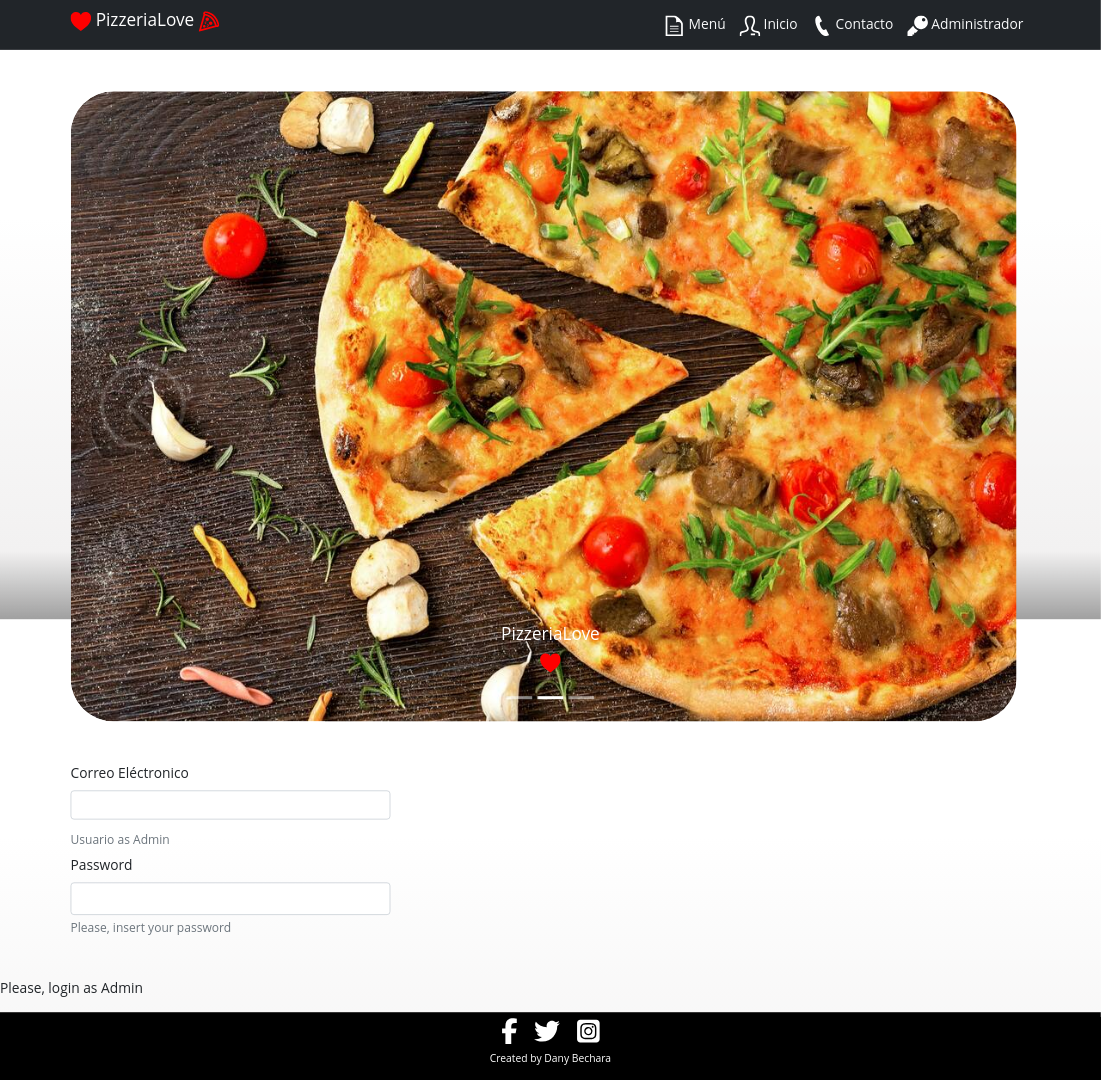
Repository: bechara611/PizzeriaLove
Page: /administrador
These files come from the project's save history. The page is drawn as it stood at one moment and after the next save; the edit follows.
The browser window is 1280 px wide. The pictures show the whole page, at 86% of full size.
The page's requests for data from a server got no answer. Backgrounds fixed to the window are drawn as part of the page. The project was rebuilt for these pictures with package versions that can differ from the ones it lists, and the page was loaded fresh each time. No one was signed in, and anything a server would have sent is missing. Also part of the build but not shown: src/App.css, src/App.js, src/Componentes/Menu.css, src/Firebase/Borrar.js, src/Componentes/Menu.js, src/Componentes/FormularioAgregarMenu.css, src/Elementos/Alerta.js.

Above is the page before, as saved 2022-02-23 09:19:09.

### src/index.js
import React,{useState} from 'react';
import ReactDOM from 'react-dom';
import './index.css';
import 'bootstrap/dist/css/bootstrap.css'
import 'bootstrap/dist/js/bootstrap.bundle.min';
import Header from './Componentes/Header';
import {BrowserRouter,Route, Routes,NavLink} from 'react-router-dom'
import {App,App2} from './App';
import WebFont from 'webfontloader'
import './index.css'
import Carousel from './Componentes/Carousel';
import Menu from './Componentes/Menu';
import Footer from './Componentes/Footer';
import { FormularioAgregarMenu } from './Componentes/FormularioAgregarMenu';

WebFont.load({
  google: {
    families: ['Open Sans:400,500,700', 'Sans-serif']
  }
});

const Index = () => {
  const [administrador,cambiaradministrador]=useState(false);
  return (
  <BrowserRouter>
     <Header administrador={administrador} cambiaradministrador={cambiaradministrador}></Header>
   <Carousel></Carousel>

    <Routes>
    <Route path='/' element={<Menu borrar={false} />} ></Route>
    <Route path='/administrador' element={<FormularioAgregarMenu />} ></Route>
    <Route path='/inicio' element={<Menu borrar={false} />} ></Route>
    </Routes>
    <Footer></Footer>
    </BrowserRouter>
    );
}


ReactDOM.render(

  <Index />,
  document.getElementById('root')
);

### src/index.css
* {
  margin: 0;
  font-family:'Open Sans';
  /* Permalink - use to edit and share this gradient: https://colorzilla.com/gradient-editor/#ffffff+0,ffffff+100&1+0,0+100;White+to+Transparent */



}


body
{
  background: rgb(255,255,255);
  background: linear-gradient(180deg, rgba(255,255,255,1) 0%, rgba(255,255,255,1) 35%, rgba(242,241,241,1) 89%, rgba(10,10,10,0.38699229691876746) 100%);

  background-attachment:fixed;
}

### src/Componentes/Header.js
import {NavLink} from 'react-router-dom'
import styled from 'styled-components';
import { BotonTipoNavLink,BotonTipoNavLinkA } from '../Elementos/BotonTipoNavLink';
import {Pizza2,Administrador2,Inicio2,Menu2,Contacto2,Heart2}from '../Elementos/ImagenesSVG';
import {App,App2} from './../App';
import './Header.css'


const Header = ({cambiaradministrador},{administrador}) => {
    let url1,urladmin;
    url1="/inicio";
    urladmin='/administrador'
      return (
        <>

        <nav className="navbar navbar-expand-sm navbar-dark bg-dark  header_nav">
        <div className="container contenedor1 ">
        <div className='hijo1_header'>
         <BotonTipoNavLink to={url1} className="navbar-brand"> <Heart2 / > PizzeriaLove <Pizza2></Pizza2></BotonTipoNavLink>



        </div>
      <div className='hijo2_header'>
        <button
        className="navbar-toggler mt-2"
        type="button"
        data-bs-toggle="collapse"
        data-bs-target="#menu"
        aria-controls="menu"
        aria-expanded="false"
        aria-label="Mostrar / Ocultar Menu"
      >
        <span className="navbar-toggler-icon"></span>
      </button>

      <div className="collapse navbar-collapse" id="menu">
      <ul className="navbar-nav me-auto mb-2 mb-lg-0 header_menu">
      <li className="nav-item opcion"><a href="#menuu" className="nav-link text-light  opcion"><Menu2></Menu2> Menú</a></li>
        <li className="nav-item"><BotonTipoNavLinkA to={url1} className="nav-link text-light"><Inicio2/> Inicio</BotonTipoNavLinkA></li>
        <li className="nav-item"><BotonTipoNavLink to={url1} className="nav-link text-light"> <Contacto2 /> Contacto</BotonTipoNavLink></li>
        <li className="nav-item"><BotonTipoNavLink to={urladmin} className="nav-link text-light"> <Administrador2 /> Administrador</BotonTipoNavLink></li>
      </ul>

    </div>
    </div>
        </div>

      </nav>

      </>
       );
    }

    export default Header;

### src/Componentes/Carousel.js
import { Heart2 } from '../Elementos/ImagenesSVG'
import imagen1 from './../Imagenes/carousel1.jpg'
import imagen2 from './../Imagenes/carousel2.jpg'
import imagen3 from './../Imagenes/carousel3.jpg'
import './Carousel.css'
const Carousel = () => {
    return (

        <>
<section className="main">
  <div className="container">
    <div className="row mt-5">
      <div className="col">
        <div className="carousel slide carousel-fade" id="mi-carousel" data-bs-ride="carousel">
          <div className="carousel-inner">
            <div className="carousel-item active">
            <div className="carousel-caption">
            <h5>PizzeriaLove</h5>
            <p><Heart2></Heart2></p>
          </div>
              <img className="img-fluid" src={imagen1} alt='' />
            </div>

            <div className="carousel-item" data-bs-interval="5000">
              <div className="carousel-caption">
                <h5>PizzeriaLove</h5>
                <p><Heart2></Heart2></p>
              </div>
              <img className="img-fluid" src={imagen2}  alt=''/>
            </div>
            <div className="carousel-item">
            <div className="carousel-caption">
            <h5>PizzeriaLove</h5>
            <p><Heart2></Heart2></p>
          </div>
            <img className="img-fluid" src={imagen3} alt='' />
            </div>
          </div>



          <button
            className="carousel-control-prev botonprev"
            type="button"
            data-bs-target="#mi-carousel"
            data-bs-slide="prev"
          >
            <span className="carousel-control-prev-icon  icono" aria-hidden="true"></span>
            <span className="visually-hidden">Prev</span>
          </button>
          <button
            className="carousel-control-next"
            type="button"
            data-bs-target="#mi-carousel"
            data-bs-slide="next"
          >
            <span className="carousel-control-next-icon icono" aria-hidden="true"></span>
            <span className="visually-hidden">Next</span>
          </button>




          <div className="carousel-indicators">
            <button
              type="button"
              className="active"
              data-bs-target="#mi-carousel"
              data-bs-slide-to="0"
              aria-label="Slide 1"
            ></button>
            <button
              type="button"
              className=""
              data-bs-target="#mi-carousel"
              data-bs-slide-to="1"
              aria-label="Slide 2"
            ></button>
            <button
              type="button"
              className=""
              data-bs-target="#mi-carousel"
              data-bs-slide-to="2"
              aria-label="Slide 3"
            ></button>
          </div>
        </div>
      </div>
    </div>
  </div>

</section>


        </>
     );
}

export default Carousel;

### src/Componentes/Footer.js
import styled from "styled-components";
import './Footer.css'
import { FontAwesomeIcon } from '@fortawesome/react-fontawesome'
import { faCoffee } from '@fortawesome/free-solid-svg-icons'
import {  faFacebookF,faInstagramSquare,faTwitter } from '@fortawesome/free-brands-svg-icons';
import useObtenerMenu from "../Hooks/useObtenerMenu";


const Footer = () => {
    let face='https://www.facebook.com';
    let insta='https://www.instagram.com';
    let twitter='https://www.twitter.com';
    let nuevaPestana="_blank"

    return (
        <>
        <div className="container-fluid " >
        <div className="row fila">
        <footer className="col-12 footer">
        <a href={face} target={nuevaPestana} className='face'><FontAwesomeIcon icon={faFacebookF}/></a>
        <a href={twitter} target={nuevaPestana} className='twitter'><FontAwesomeIcon icon={faTwitter}/></a>
        <a href={insta} target={nuevaPestana} className='instagram'><FontAwesomeIcon icon={faInstagramSquare}/></a>

        </footer>
        <p className="col-12">Created by Dany Bechara</p>
        </div>
        </div>
        </>
     );
}

export default Footer;

### src/Componentes/FormularioAgregarMenu.js
import './FormularioAgregarMenu.css'
import React,{useEffect,useState} from 'react'
import styled from 'styled-components'
import { db,app } from '../Firebase/FirebaseConfig';
import { addDoc,collection } from 'firebase/firestore';
import Alerta from '../Elementos/Alerta';
import Menu from './Menu';





const FormularioAgregarMenu = () => {
    const [platos2,cambiarplatos2]=useState([{}])
    const [precio,cambiarPrecio]=useState('');
    const [categoria,cambiarCategoria]=useState('');
    const [plato,cambiarPlato]=useState('');
    const [AlertaGenerada,CambiarAlertaGenerada]=useState(false);
    const [acceder,CambiarAcceder]=useState(false);

    const Registrar =async () => {
        try {
            await addDoc(collection(db,'menu'),
        {
            categorias:categoria,
            plato:plato,
            precio:precio
        })
        cambiarPlato('');
        cambiarCategoria('');
        cambiarPrecio('')
        CambiarAlertaGenerada(true);
        } catch (error) {
            console.log(error)
        }

    }



    return (
        <>
        <div className="container ">
        <form action="" className='py-5 '>
        <div className="row">
        <div className="col-12">
        <div className="col-4">
        <label htmlFor="correo" class="form-label">Correo Eléctronico</label>
        <input type="text" name="usuario" id="usuario" className='form-control py-1' aria-describedby='usuario' />
        <div id="usuario" class="form-text py-2">
         Usuario as Admin
        </div>
        </div>

        <div className="col-4">
        <label htmlFor="password" class="form-label">Password</label>
        <input type="password" name="password" id="password" className='form-control' aria-describedby='password' />
        <div id="password" class="form-text">
         Please, insert your password
        </div>
        </div>
        </div>





        </div>
        </form>
        </div>





       {acceder===true ?
         <>
         <div className="container my-5 contenedor_formulario">
     <h2 className='my-3 text-center'>Create a new pizza</h2>
     {AlertaGenerada && <Alerta CambiarAlertaGenerada={CambiarAlertaGenerada} valorr={3}></Alerta>}
        <form action="" className='' onSubmit={(e)=>{
            e.preventDefault();
            Registrar();
        }}>
        <div className="row">
        <div className="col-12">
        <label htmlFor='plato' className="form-label">New plate</label>
            <input value={plato} required type="text" className='form-control' name="plato" id="plato" aria-describedby='ayuda-plato'
            onChange={(e)=>{
                cambiarPlato(e.target.value)
            }}/>
            <div id="ayuda-plato" className="form-text">
            Please, insert the new plate.
            </div>
            </div>
            <div className="col-6">
            <label htmlFor='categorias' className="form-label">Category</label>
            <input required value={categoria} type="text" className='form-control' name="categorias" id="categorias" aria-describedby='ayuda-categorias'
            onChange={(e)=>{
                cambiarCategoria(e.target.value)
            }} />
            <div id="ayuda-plato" className="form-text">
            Please, insert the categoria.
            </div>
            </div>
            <div className="col-6">
            <label htmlFor='precio' className="form-label">Price</label>
            <input required value={precio} type="text" className='form-control' name="precio" id="precio" aria-describedby='ayuda-number'
             onChange={(e)=>{
                cambiarPrecio(e.target.value.replace(/[^0-9.]/g,''));
            }}/>
            <div id="ayuda-number" className="form-text">
            Please, insert the price.
            </div>

            </div>




        </div>
        <div className="row">
        <div className="col-12 my-4">  <button type='submit' className=' btn btn-primary col-12'>INSERT</button></div>
        </div>
            </form>
        </div>

        <Menu borrar={true}></Menu>
         </>
         :
          <><p>Please, login as Admin</p></>}

        </>
         );

}

export {FormularioAgregarMenu}

### src/Elementos/BotonTipoNavLink.js
import styled from "styled-components"
import { NavLink } from "react-router-dom"
    const BotonTipoNavLink = styled(NavLink)`
    &:hover
    {
      text-decoration: underline;
      color: black;
    }
    `

    const BotonTipoNavLinkA=styled(BotonTipoNavLink)`
    text-decoration: none;
      color: black;
      cursor:pointer;
    `
    export {BotonTipoNavLink,BotonTipoNavLinkA}

### src/Elementos/ImagenesSVG.js
import styledComponents from 'styled-components';
import {ReactComponent as Pizza} from './../Imagenes/Pizza.svg'
import {ReactComponent as Inicio} from './../Imagenes/Inicio.svg'
import {ReactComponent as Menu} from './../Imagenes/Menu.svg'
import {ReactComponent as Administrador} from './../Imagenes/Administrador.svg'
import {ReactComponent as Contacto} from './../Imagenes/Contacto.svg'
import {ReactComponent as Heart} from './../Imagenes/Heart.svg'
import {ReactComponent as Trash} from './../Imagenes/Trash.svg'
const Pizza2 = styledComponents(Pizza)`
font-size:10px;
z-index: 1;
color:white;
fill:red;

`;
const Inicio2 = styledComponents(Inicio)`
font-size:10px;
z-index: 1;
color:white;
fill:white;

`;
const Menu2 = styledComponents(Menu)`
font-size:10px;
z-index: 1;
color:white;
fill:white;

`;
const Administrador2 = styledComponents(Administrador)`
font-size:10px;
z-index: 1;
color:white;
fill:white;

`;

const Contacto2 = styledComponents(Contacto)`
font-size:10px;
z-index: 1;
color:white;
fill:white;

`;

const Heart2 = styledComponents(Heart)`
font-size:10px;
z-index: 1;
color:white;
fill:red;

`;

const Trash2=styledComponents(Trash)`
fill:blue;
cursor:pointer;
`

export {Pizza2,Administrador2,Inicio2,Menu2, Contacto2,Heart2,Trash2}

### src/Componentes/Header.css

*{
   box-sizing: border-box;
   margin: 0;
   padding: 0;


}
.header_nav2
{
    /* margin-top: -8px; */
    background: -moz-linear-gradient(top,  rgba(211,126,128,1) 0%, rgba(146,171,207,0) 76%, rgba(134,179,222,0) 90%, rgba(125,185,232,0) 100%); /* FF3.6-15 */
background: -webkit-linear-gradient(top,  rgba(211,126,128,1) 0%,rgba(146,171,207,0) 76%,rgba(134,179,222,0) 90%,rgba(125,185,232,0) 100%); /* Chrome10-25,Safari5.1-6 */
background: linear-gradient(to bottom,  rgba(211,126,128,1) 0%,rgba(146,171,207,0) 76%,rgba(134,179,222,0) 90%,rgba(125,185,232,0) 100%); /* W3C, IE10+, FF16+, Chrome26+, Opera12+, Safari7+ */
filter: progid:DXImageTransform.Microsoft.gradient( startColorstr='#d37e80', endColorstr='#007db9e8',GradientType=0 ); /* IE6-9 */


}
body
{
    /* background: url(./../Imagenes/textura.png);
	background-repeat: repeat;
	background-attachment: fixed; */
}

.nav
{


}

.contenedor12
{

    /* min-height: 300px;  */
}

.hijo1_header
{
    align-self: start;
    /* margin-top: 2%; */

}
.hijo2_header
{
    /* margin-top: 2%; */
    align-self: start;
}
.header_menu
{

}

.opcion
{
text-decoration: dotted;
display: inline-block;
opacity: 1;

}



.opcion:hover
{
    text-decoration: underline;
}

.opcion:link
{
color: green;
}

### src/Componentes/Carousel.css
.carousel-inner{border-radius: 50px;}
.carousel-item{border-radius: 50px;}
.img-fluid{border-radius: 50px;}
.icono {
    height: 100px;
    width: 100px;

      /*shape border*/
      border: 5px solid white;
      border-radius: 50%; /*zero for square */
      opacity: 0.3;
      /*symbol */
      color: BLACK;



}
.icono:hover{opacity: 1;}

### src/Firebase/FirebaseConfig.js
import { initializeApp } from "firebase/app";
import { getAnalytics } from "firebase/analytics";
import { getFirestore } from "firebase/firestore";
import { getAuth, createUserWithEmailAndPassword } from "firebase/auth";

const firebaseConfig2 = {
    apiKey: "AIzaSyDhYuWK_8Uy4S-BtkFmFfityIjQnt4M3Is",
    authDomain: "pizzerialove-00.firebaseapp.com",
    projectId: "pizzerialove-00",
    storageBucket: "pizzerialove-00.appspot.com",
    messagingSenderId: "356504995914",
    appId: "1:356504995914:web:c5fee404edbf5f32affeb3",
    measurementId: "G-CK1N9HMEKD"
  };


    const firebaseConfig = {
      apiKey:process.env.REACT_APP_FIREBASE_API_KEY,
      authDomain:process.env.REACT_APP_FIREBASE_AUTH_DOMAIN,
      projectId:process.env.REACT_APP_FIREBASE_PROJECT_ID,
      storageBucket:process.env.REACT_APP_FIREBASE_STORAGE_BUCKET,
      messagingSenderId:process.env.REACT_APP_FIREBASE_MESSAGING_SENDER_ID,
      appId:process.env.REACT_APP_FIREBASE_APP_ID,
      measurementId:process.env.REACT_APP_FIREBASE_MEASUREMENT_ID
    };



// Initialize Firebase
const app = initializeApp(firebaseConfig);
const analytics = getAnalytics(app);
const db= getFirestore();
const auth=getAuth();

export {app,analytics,db,auth};

### src/Hooks/useObtenerMenu.js
import React,{useEffect,useState} from 'react'
import { db } from '../Firebase/FirebaseConfig';
import { collection,onSnapshot } from 'firebase/firestore';

const useObtenerMenu = () => {
    const [platos,cambiarplatos]=useState([{}])
    useEffect(()=>{

            const FuncionObtenerMenu=onSnapshot(collection(db,'menu'), (snapShot)=>{

               let vectormenu=snapShot.docs.map((documento)=>{
                  // console.log(documento.id)
                    return {...documento.data(),id:documento.id}
                })
              //  console.log(vectormenu);
                cambiarplatos(vectormenu)
            })





          },[])
          return [platos,cambiarplatos]
}

export default useObtenerMenu;

### src/Componentes/Footer.css
.footer
{
    display: flex;
    flex-direction: row;
    justify-content: center;

}
.fila
{
    display: flex;
    justify-content: center;
    text-align: center;
    background: black;
    font-size: 12px;
}
.fila p
{

color: white;
}
.footer a{
    text-decoration: none;
font-size: 30px;
display: inline-block;
color: white;
margin: 0 10px;
}
.face:hover{color: blue;}
.twitter:hover{color: lightblue;}
.instagram:hover{color:#fcaf45}

Loaded but not shown: public/index.html (common file)

After the next save:
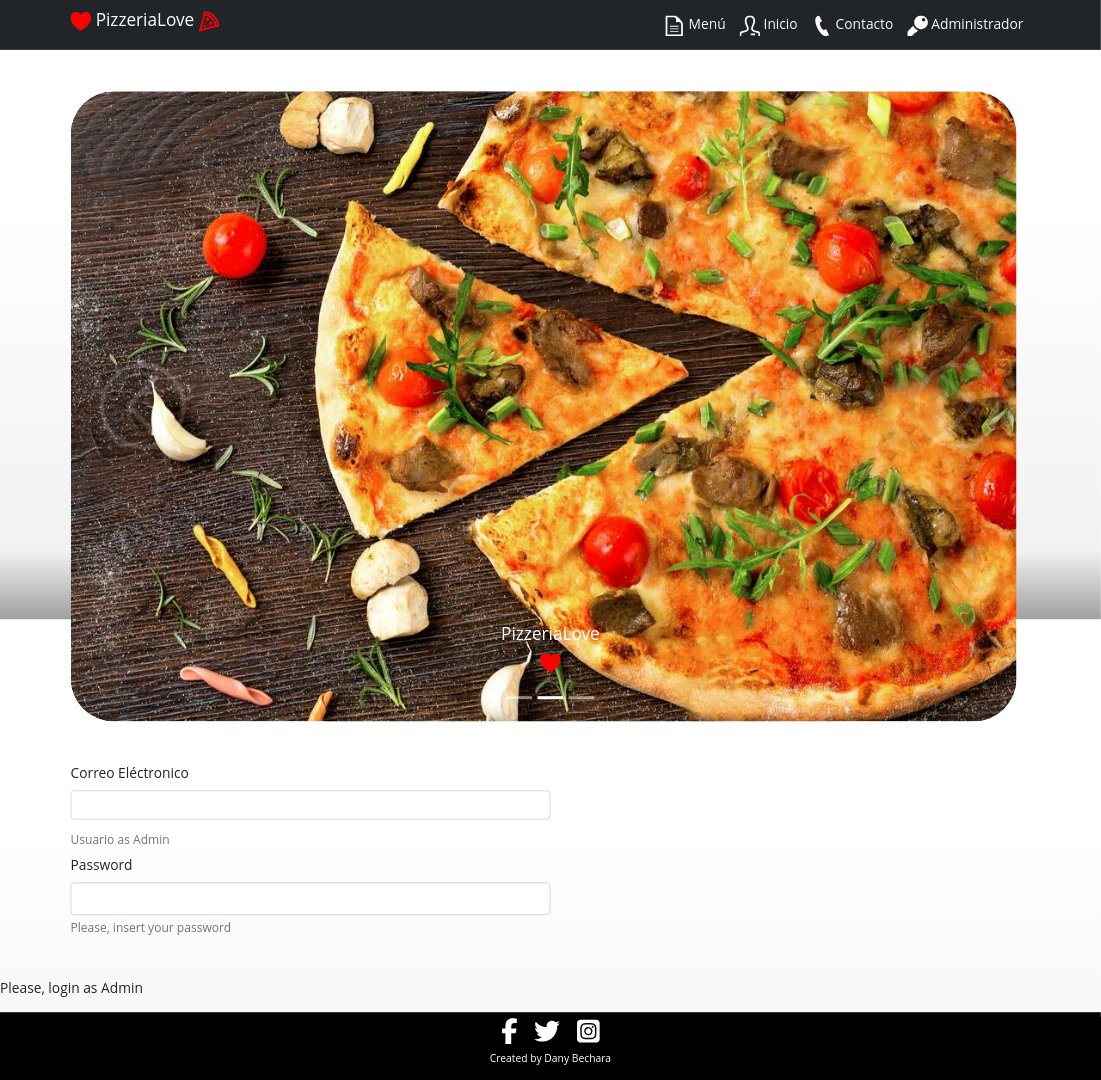
Saved 14 s later.
--- a/src/Componentes/FormularioAgregarMenu.js
+++ b/src/Componentes/FormularioAgregarMenu.js
@@ -44,7 +44,7 @@ const FormularioAgregarMenu = () => {
         <form action="" className='py-5 '>
         <div className="row">
         <div className="col-12">
-        <div className="col-4">
+        <div className="col-6">
         <label htmlFor="correo" class="form-label">Correo Eléctronico</label>
         <input type="text" name="usuario" id="usuario" className='form-control py-1' aria-describedby='usuario' />
         <div id="usuario" class="form-text py-2">
@@ -52,7 +52,7 @@ const FormularioAgregarMenu = () => {
         </div>
         </div>
 
-        <div className="col-4">
+        <div className="col-6">
         <label htmlFor="password" class="form-label">Password</label>
         <input type="password" name="password" id="password" className='form-control' aria-describedby='password' />
         <div id="password" class="form-text">
